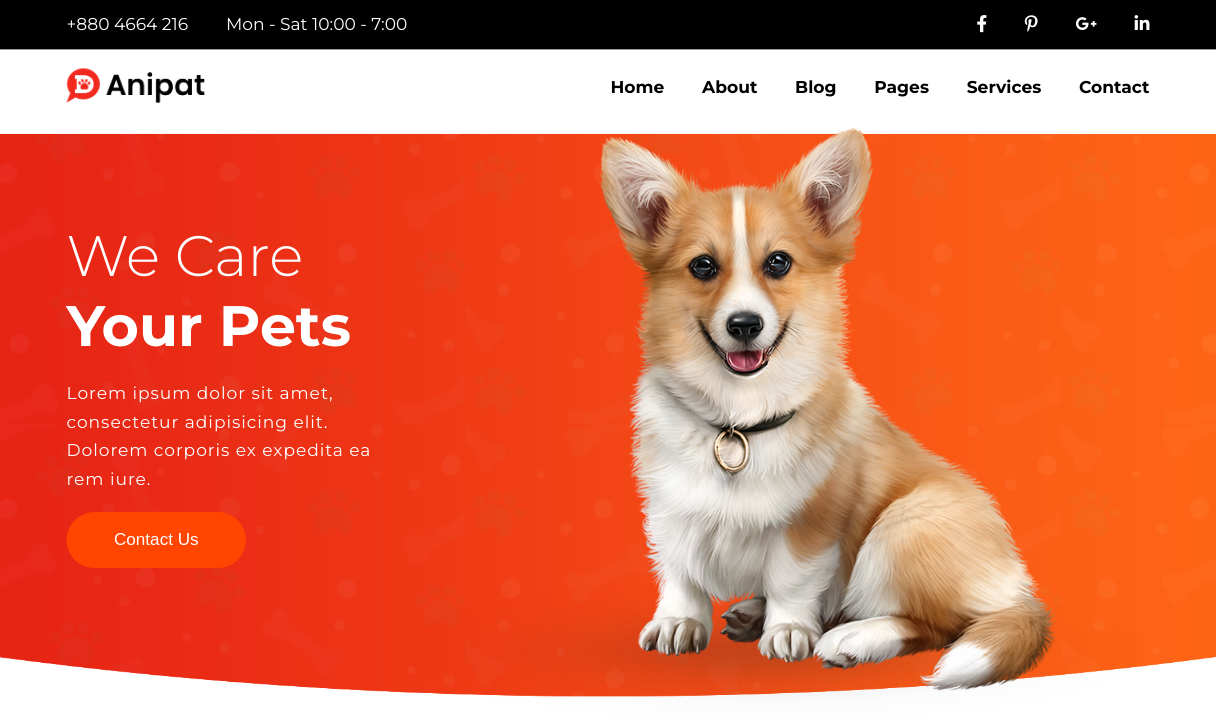
Repository: giahuy405/Day_2_Anipat
Page: index.html
An editor plug-in stored every save of this project. The page is shown before and after the next save, followed by the edit.
The browser window is 1280 px wide. The page is 1280 px wide, then 1290 px, so the pictures cover 1290 px, including what lies to the right of the window. The pictures show the whole page, at 95% of full size.

Above is the page before, as saved 2022-09-08 23:11:35.

### index.html
<!DOCTYPE html>
<html lang="en">
<head>
    <meta charset="UTF-8">
    <meta http-equiv="X-UA-Compatible" content="IE=edge">
    <meta name="viewport" content="width=device-width, initial-scale=1.0">
    <title>Anipat</title>
    <link rel="stylesheet" href="https://cdnjs.cloudflare.com/ajax/libs/font-awesome/6.2.0/css/all.min.css">
    <link href="https://fonts.googleapis.com/css2?family=Montserrat:wght@300;400;500;700&display=swap" rel="stylesheet">
    <link rel="stylesheet" href="./css/index.css">
</head>
<body>
    <header>
        <div class="header-top">
            <div class="container">
                <div class="header__contact">
                    <a href="#">+880 4664 216 </a>
                    <span>Mon - Sat 10:00 - 7:00</span>
                </div>
                <div class="header__social">
                    <ul>
                        <li><a href="#"><i class="fa-brands fa-facebook-f"></i></a></li>
                        <li><a href="#"><i class="fa-brands fa-pinterest-p"></i></a></li>
                        <li><a href="#"><i class="fa-brands fa-google-plus-g"></i></a></li>
                        <li><a href="#"><i class="fa-brands fa-linkedin-in"></i></a></li>
                    </ul>
                </div>
                <div class="clear"></div>
            </div>
        </div>
        <div class="header-bottom container">
            <img src="./img/logo.png" alt="Logo">
            <ul>
                <li><a href="#">Home</a></li>
                <li><a href="#">About</a></li>
                <li><a href="#">Blog</a></li>
                <li><a href="#">Pages</a></li>
                <li><a href="#">Services</a></li>
                <li><a href="#">Contact</a></li>
            </ul>
            <div class="clear"></div>
        </div>

    </header>
    <div class="carousel">
        <div class="container">
            <div class="carousel__content">
                <h1>We Care</h1>
                <h2>Your Pets</h2>
                <p>Lorem ipsum dolor sit amet, consectetur adipisicing elit. Dolorem corporis ex expedita ea rem iure.</p>
                <button>Contact Us</button>
            </div>
            <div class="carousel__dog">
                <img src="./img/dog.png" alt="Dog">
            </div>
            <div class="clear"></div>
        </div>
    </div>
</body>
</html>

### css/index.css
*{
    padding: 0;
    margin: 0;
    box-sizing: border-box;
}
.clear{
    clear: both;
}
html{
    font-size: 18px;
    font-family: 'Montserrat', sans-serif;
}
.container{
    width: 1140px;
    margin: 0 auto;
}
.header__contact{
    float: left;
}
.header__social{
    float: right;
}
.header-top{
    background-color: black;
    padding: 15px;
}
.header__contact a{
     color: white;
     text-decoration: none;
     transition: all 0.2s;
}
.header__contact a:hover{
    color: red;
}
.header__contact span{
    color: white;
    margin-left: 35px;
}
.header__social ul,.header-bottom ul{
    list-style: none;
}
.header__social li,.header-bottom li{
    display: inline;
    margin-left: 35px;
}
.header__social i{
    color: white;
    transition: all 0.2s;
}
.header__social i:hover{
    color: red;
}
.header-bottom ul{
    float: right;
}
.header-bottom a{
    text-decoration: none;
    font-weight: bold;
    color: black;
    transition: all 0.2;
    line-height: 40px;
}
.header-bottom a:hover{
    color: red;
}
.header-bottom{
    padding: 20px 0;
}
.carousel{
    background-image: url(../img/banner.png);
    background-position: center bottom;
    background-repeat: no-repeat;
    background-size: 100%;
    height: 600px;
}
.carousel__content{
    float: left;
    width: 30%;
    padding-top: 100px;
}
.carousel__dog{
    float: left;
    width: 70%;
}
.carousel__content h1{
    color: white;
    font-size: 60px;
    font-weight: 300;
}
.carousel__content h2{
    color: white;
    font-size: 60px;
    font-weight: 700;
}
.carousel__content p{
    color: white;
    line-height: 30px;
    letter-spacing: 1px;
    margin: 20px 0;
}
.carousel__content button{
    padding: 19px 50px;
    border-radius: 30px;
    border: none;
    font-size: 18px;
    background-color: orangered;
    color: white;
    cursor: pointer;
}
.carousel__content button:hover{
    background-color: white;
    color: orangered;

}
.carousel__dog img{
    width: 100%;
}

After the next save:
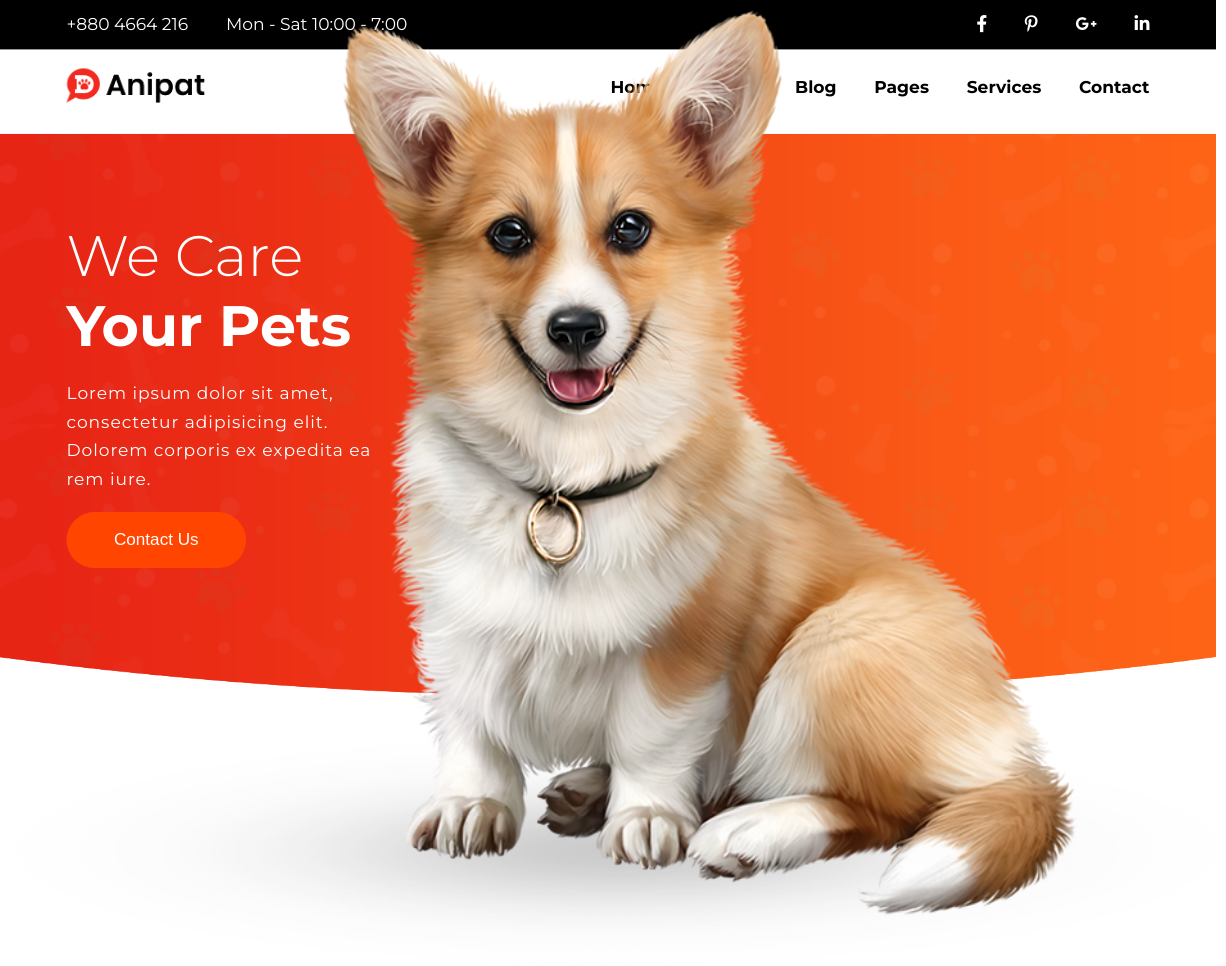
Saved 38 s later.
--- a/css/index.css
+++ b/css/index.css
@@ -110,8 +110,10 @@ html{
 .carousel__content button:hover{
     background-color: white;
     color: orangered;
-
 }
 .carousel__dog img{
     width: 100%;
+    position: absolute;
+    top: 10px ;
+    left: 10px;
 }
